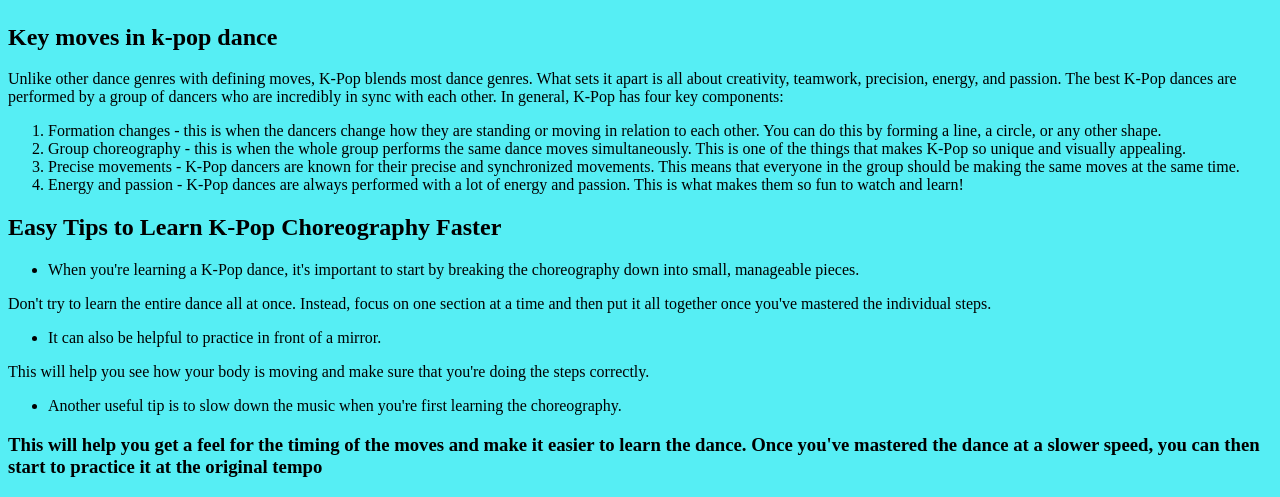
Repository: ivyexo/homework1
Page: index.html
An editor plug-in stored every save of this project. The page is shown before and after the next save, followed by the edit.
The browser window is 1280 px wide. The pictures show the part of the page from y = 1365 to 1862 px (the page is 1862 px tall before and 1848 px after).

Above is the page before, as saved 2023-02-04 19:12:02.

### index.html
<!DOCTYPE html>
<html lang="en">
  <head>
    <meta charset="UTF-8" />
    <meta http-equiv="X-UA-Compatible" content="IE=edge" />
    <meta name="viewport" content="width=device-width, initial-scale=1.0" />
    <title>Homework 1</title>
    <link rel="stylesheet" href="./index.css">
  </head>
  <div class="backgroundimage1">
  <h1 class="title">K-pop dancing</h1>
  <h2>Ivy wang</h2>
    <h3>feb.2023</h3>
  </div>
  <p>Sign in for more information!</p>
<form>
      <input type="text" placeholder="enter your name" />
      <input type="email" placeholder="enter your email" />
      <input type="password" placeholder="enter your password" />
      <button type="submit">Submit</button>
  <div>

  </div>

  <body>
    <h2>History of k-pop</h2>

    <p class="p1">
      K-Pop (aka Korean Pop) is a genre of music that has taken the world by
      storm in recent years. Though it originated in South Korea, K-Pop has
      gained a global following, with millions of fans around the world. Let's
      explore the history, get familiar with the key moves of K-Pop dance, and
      learn some easy tips to help you learn the choreography faster. We'll also
      look at some of the most popular K-Pop videos to date and examine one of
      the most popular K-Pop groups today. K-Pop has its origins in the Korean
      music scene of the early 1990s. At that time, various musical genres were
      popular in Korea, including Folk, Rock, Jazz, and Hip Hop. In 1992, Seo
      Taiji and Boys became the first Korean group to achieve success outside of
      Korea with their song "Nan Arayo" ("I Know"). This song is credited with
      starting the Hallyu Wave, which refers to the global popularity of Korean
      pop culture. In the late 1990s and early 2000s, K-Pop grew in popularity,
      with groups like g.o.d., S.E.S., and H.O.T. becoming household names in
      Korea. Around this time, the "idol" group format began to take off, with
      groups like DBSK, Super Junior, and Girls' Generation becoming some of the
      biggest names in K-Pop. Today, K-Pop is more popular than ever, with
      groups like BTS, Blackpink, EXO, and Red Velvet achieving massive global
      success.
    </p>
    <iframe width="560" height="315" src="https://www.youtube.com/embed/GMsc7wGghy8" title="YouTube video player" frameborder="0" allow="accelerometer; autoplay; clipboard-write; encrypted-media; gyroscope; picture-in-picture; web-share" allowfullscreen></iframe>
    <h2>What is k-pop?</h2>
    <p>
      K-Pop, or Korean Pop, is a Korean music genre that draws on a wide range
      of popular music styles. Some of these styles include Hip Hop, Pop, R&B,
      Electronic Dance Music (EDM), etc. However, one of the key things that
      sets K-Pop apart from other music styles is the focus on choreography. In
      most K-Pop videos, you'll see the artists dancing in sync — often doing
      very complicated and precise moves.


      K-Pop artists are now touring
      worldwide, and their music is streamed by millions of people every day.</p>
    </p>
    <iframe width="560" height="315" src="https://www.youtube.com/embed/b6ycw7p9-bE" title="YouTube video player" frameborder="0" allow="accelerometer; autoplay; clipboard-write; encrypted-media; gyroscope; picture-in-picture; web-share" allowfullscreen></iframe>
    <h2>Key moves in k-pop dance</h2>
    <p>
      Unlike other dance genres with defining moves, K-Pop blends most dance
      genres. What sets it apart is all about creativity, teamwork, precision,
      energy, and passion. The best K-Pop dances are performed by a group of
      dancers who are incredibly in sync with each other. In general, K-Pop has
      four key components:
    </p>
    <ol>
      <li>
        Formation changes - this is when the dancers change how they are
        standing or moving in relation to each other. You can do this by forming
        a line, a circle, or any other shape.
      </li>
      <li>
        Group choreography - this is when the whole group performs the same
        dance moves simultaneously. This is one of the things that makes K-Pop
        so unique and visually appealing.
      </li>
      <li>
        Precise movements - K-Pop dancers are known for their precise and
        synchronized movements. This means that everyone in the group should be
        making the same moves at the same time.
      </li>
      <li>
        Energy and passion - K-Pop dances are always performed with a lot of
        energy and passion. This is what makes them so fun to watch and learn!
      </li>
    </ol>

    <h2>Easy Tips to Learn K-Pop Choreography Faster</h2>
    <ul>
      <li>When you're learning a K-Pop dance, it's important to start by breaking the choreography down into small, manageable pieces.</li>
    </ul>
    <p>Don't try to learn the entire dance all at once. Instead, focus on one section at a time and then put it all together once you've mastered the individual steps.</p>
    <ul>
      <li>It can also be helpful to practice in front of a mirror.</li>
    </ul>
    <p>This will help you see how your body is moving and make sure that you're doing the steps correctly.</p>
    <ul>
      <li>Another useful tip is to slow down the music when you're first learning the choreography.</li>
    </ul>
    <h3>This will help you get a feel for the timing of the moves and make it easier to learn the dance.

Once you've mastered the dance at a slower speed, you can then start to practice it at the original tempo</h3>

    <!-- <div class="topnav">
  <a class="active" href="#home">Home</a>
  <a href="#news">News</a>
  <a href="#contact">Contact</a>
  <a href="#about">About</a>
</div> -->

  </body>
</html>

### index.css
p {
  color: 250, 250, 250;
}


.backgroundimage1 {
  color: #5438DC;
  background-color: aqua;
  height: 200px;
  background-image: url(https://www.allkpop.com/upload/2020/12/content/161231/1608139905-entertainment.jpg);
  background: rgba(0, 128, 0, 0.3) /* Green background with 30% opacity */
  height: 300px;
  text-align: center;
  border-style: outset;
  padding: 25px 50px 75px;
}

body {
    background-color: #56EEF4;
}

After the next save:
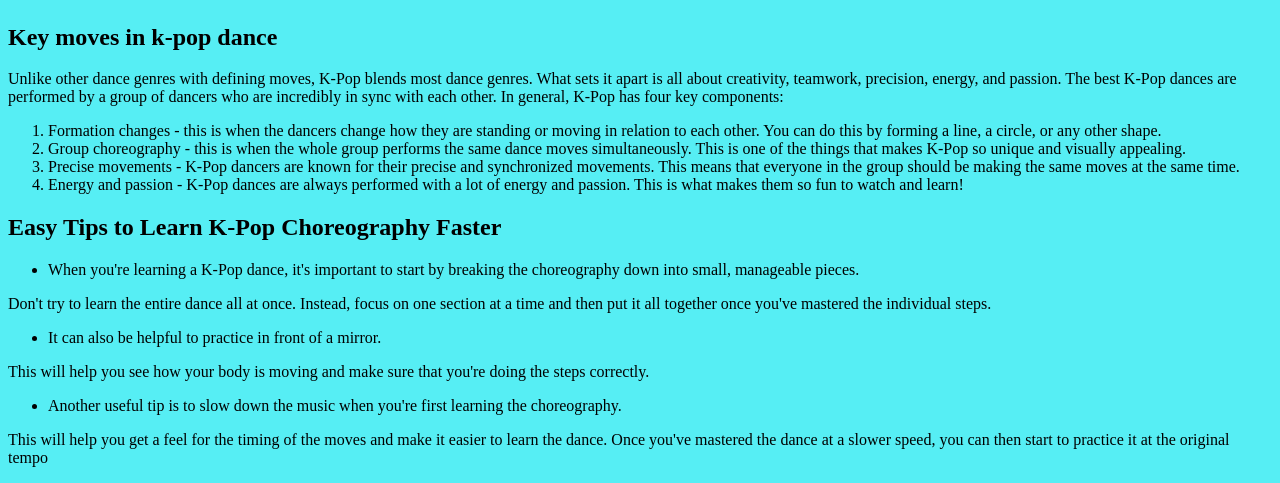
Saved 32 s later.
--- a/index.html
+++ b/index.html
@@ -103,9 +103,9 @@
     <ul>
       <li>Another useful tip is to slow down the music when you're first learning the choreography.</li>
     </ul>
-    <h3>This will help you get a feel for the timing of the moves and make it easier to learn the dance.
+    <p>This will help you get a feel for the timing of the moves and make it easier to learn the dance.
 
-Once you've mastered the dance at a slower speed, you can then start to practice it at the original tempo</h3>
+Once you've mastered the dance at a slower speed, you can then start to practice it at the original tempo<p>
 
     <!-- <div class="topnav">
   <a class="active" href="#home">Home</a>
